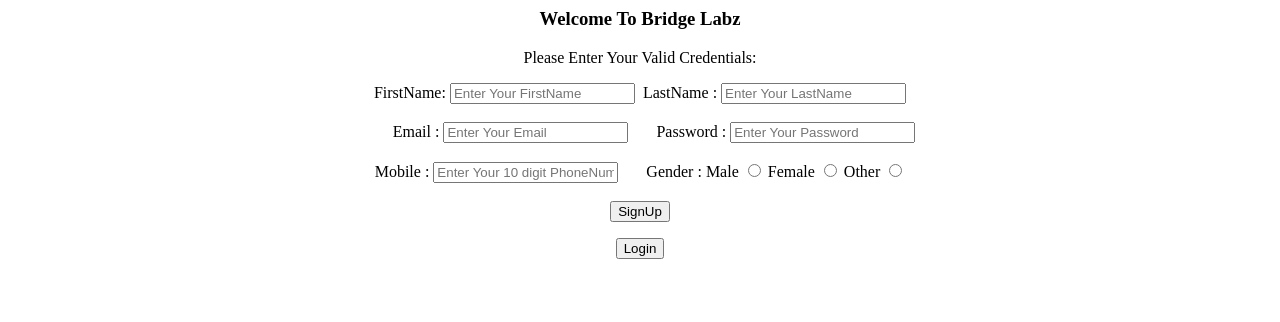
Repository: msibgathulla9980/Servlet
Page: ServletJdbcApp/WebContent/Registration.html
The author's editor kept a copy of each file at every save. The page is drawn from the files as they stood at one save, then again after the next save.
The browser window is 1280 px wide. The pictures show the whole page.

Above is the page before, as saved 2019-01-24 04:30:23.

After the next save:
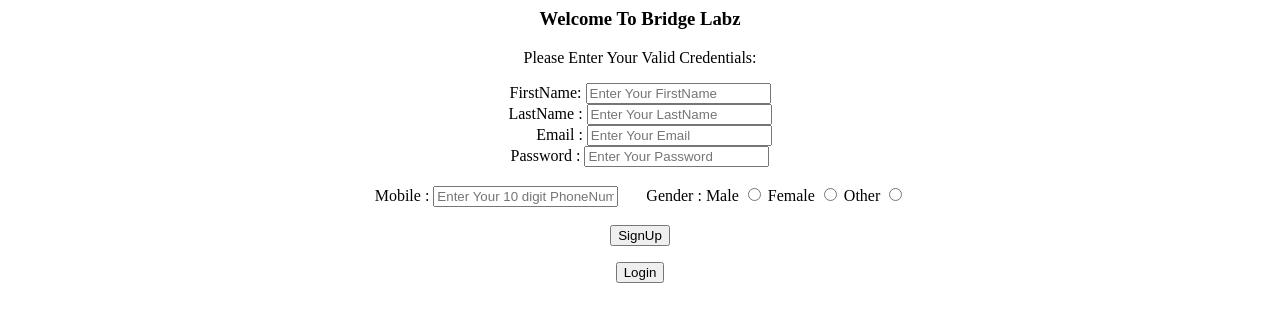
Saved 32 s later.
--- a/ServletJdbcApp/WebContent/Registration.html
+++ b/ServletJdbcApp/WebContent/Registration.html
@@ -7,9 +7,9 @@
 <body>
 <center>
 <form action="Register" method="post">
-FirstName: <input type="text" name="firstName" placeholder="Enter Your FirstName" required/>&nbsp
-LastName : <input type="text" name="lastName" placeholder="Enter Your LastName" required/><br><br>
-&nbsp;&nbsp;&nbsp;&nbsp;&nbsp;&nbsp;&nbsp;Email    : <input type="email" name="email" placeholder="Enter Your Email" required/>&nbsp&nbsp&nbsp&nbsp&nbsp&nbsp
+FirstName: <input type="text" name="firstName" placeholder="Enter Your FirstName" required/><br>
+LastName : <input type="text" name="lastName" placeholder="Enter Your LastName" required/><br>
+&nbsp;&nbsp;&nbsp;&nbsp;&nbsp;&nbsp;&nbsp;Email    : <input type="email" name="email" placeholder="Enter Your Email" required/><br>
 Password : <input type="password" name="password" placeholder="Enter Your Password" required/><br><br>
 Mobile   : <input type="text" name="phoneNumber" placeholder="Enter Your 10 digit PhoneNumber" required/>&nbsp&nbsp&nbsp&nbsp&nbsp&nbsp
 Gender   :
